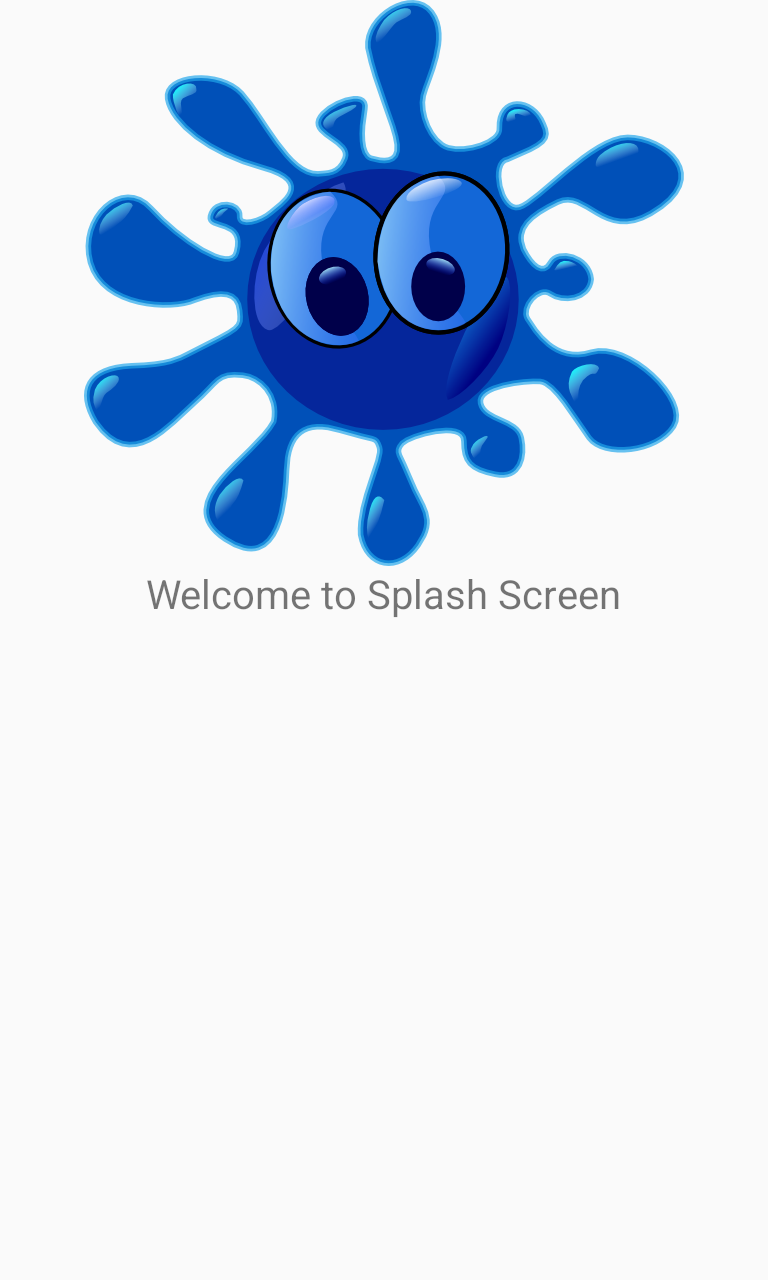
Repository: AlvaroCortez/Assigment1
Layout: SplashScreen/res/layout/activity_main.xml
An editor plug-in stored every save of this project. The layout is shown before and after the next save, followed by the edit.
It is drawn on a 768 x 1280 px phone screen (xhdpi) without system bars, with theme AppTheme; the app's code is not run.

Above is the layout before, as saved 2014-04-27 18:33:57.

### SplashScreen/res/layout/activity_main.xml
<LinearLayout xmlns:android="http://schemas.android.com/apk/res/android"
    xmlns:tools="http://schemas.android.com/tools"
    android:layout_width="match_parent"
    android:layout_height="match_parent"
    android:gravity="center"
    android:orientation="vertical" >

    <ImageView
        android:layout_width="wrap_content"
        android:layout_height="wrap_content"
        android:contentDescription="@string/app_name"
        android:src="@drawable/splash" >
    </ImageView>

    <TextView
        android:id="@+id/splash_message"
        android:layout_width="wrap_content"
        android:layout_height="fill_parent"
        android:text="@string/splash_message"
        android:textSize="20sp"
        tools:context=".MainActivity" >
    </TextView>

</LinearLayout>

### SplashScreen/res/values/strings.xml
<?xml version="1.0" encoding="utf-8"?>
<resources>
    <string name="app_name">SplashScreen</string>
    <string name="hello_world">Hello world!</string>
    <string name="menu_settings">Settings</string>
    <string name="title_activity_main">MainActivity</string>
    <string name="action_settings">MainActivity</string>
    <string name="title_activity_demo">Splash Screen</string>
    <string name="splash_message">Welcome to Splash Screen</string>
    <string name="demo_message">Home Screen</string>
</resources>

Loaded but not shown: SplashScreen/res/values/styles.xml (common file); SplashScreen/res/values-v11/styles.xml (common file); SplashScreen/res/values-v14/styles.xml (common file)

After the next save:
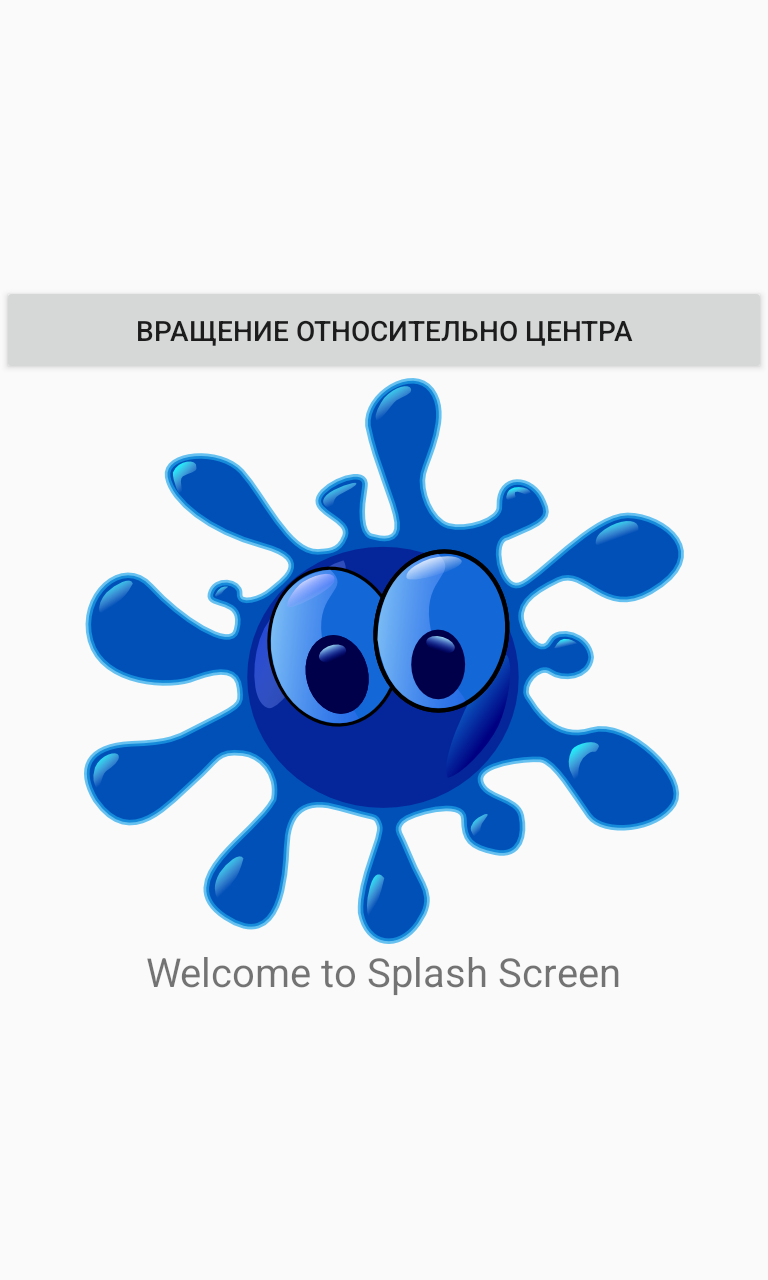
Saved 116 s later.
--- a/SplashScreen/res/layout/activity_main.xml
+++ b/SplashScreen/res/layout/activity_main.xml
@@ -4,6 +4,13 @@
     android:layout_height="match_parent"
     android:gravity="center"
     android:orientation="vertical" >
+    <Button
+        android:id="@+id/rotatecenter"
+        android:layout_width="fill_parent"
+        android:layout_height="wrap_content"
+        android:text="Вращение относительно центра" />
+
+
 
     <ImageView
         android:layout_width="wrap_content"
@@ -15,7 +22,7 @@
     <TextView
         android:id="@+id/splash_message"
         android:layout_width="wrap_content"
-        android:layout_height="fill_parent"
+        android:layout_height="wrap_content"
         android:text="@string/splash_message"
         android:textSize="20sp"
         tools:context=".MainActivity" >
